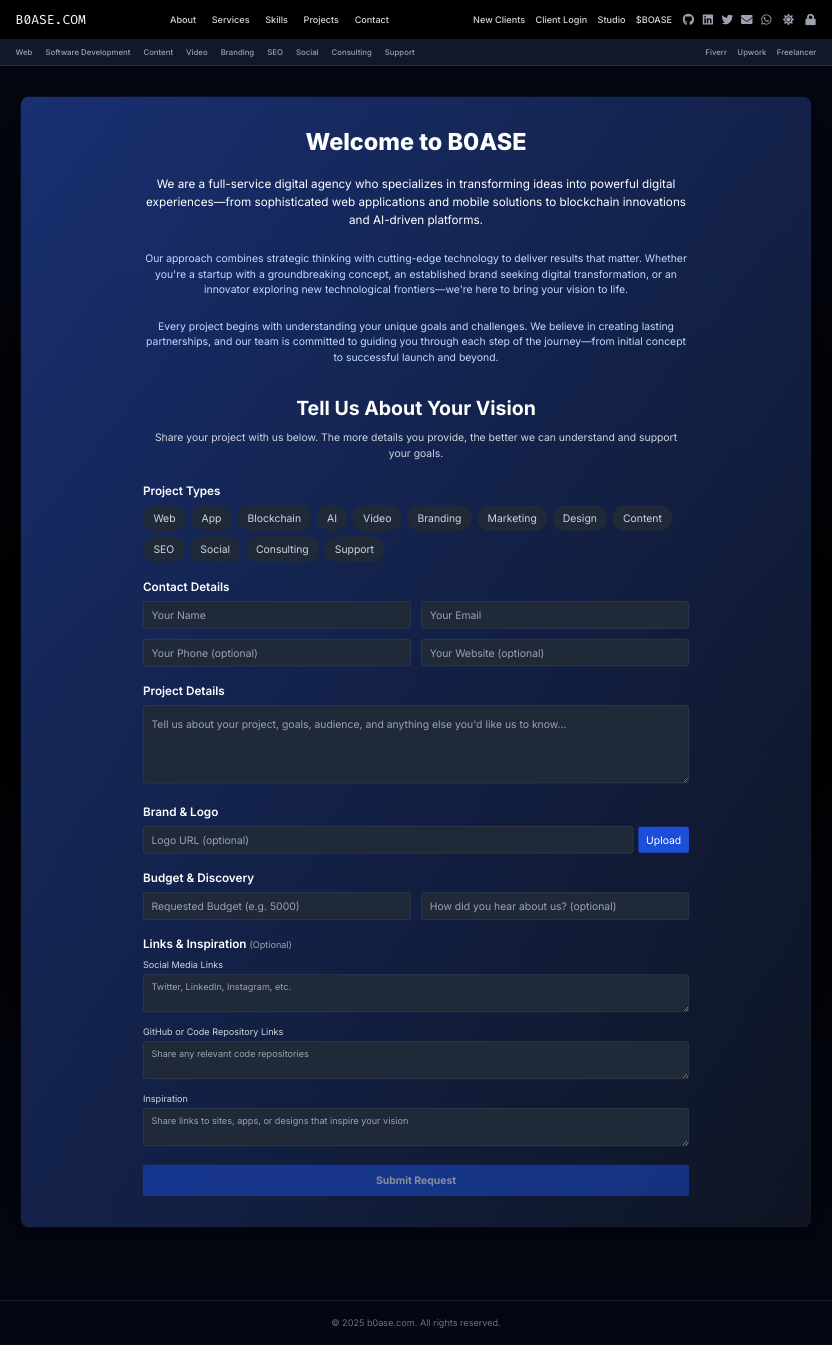
Repository: b0ase/rafskitchen
Page: /signup
An editor plug-in stored every save of this project. The page is shown before and after the next save, followed by the edit.
The browser window is 1280 px wide. The pictures show the whole page, at 65% of full size.
The page's requests for data from a server got no answer. The project was rebuilt for these pictures with package versions that can differ from the ones it lists, and the page was loaded fresh each time. The framework's server and built-in components were replaced by stand-ins that run in the browser. No one was signed in, and anything a server would have sent is missing. Also part of the build but not shown: next.config.js.

Above is the page before, as saved 2025-05-04 11:24:38.

After the next save:
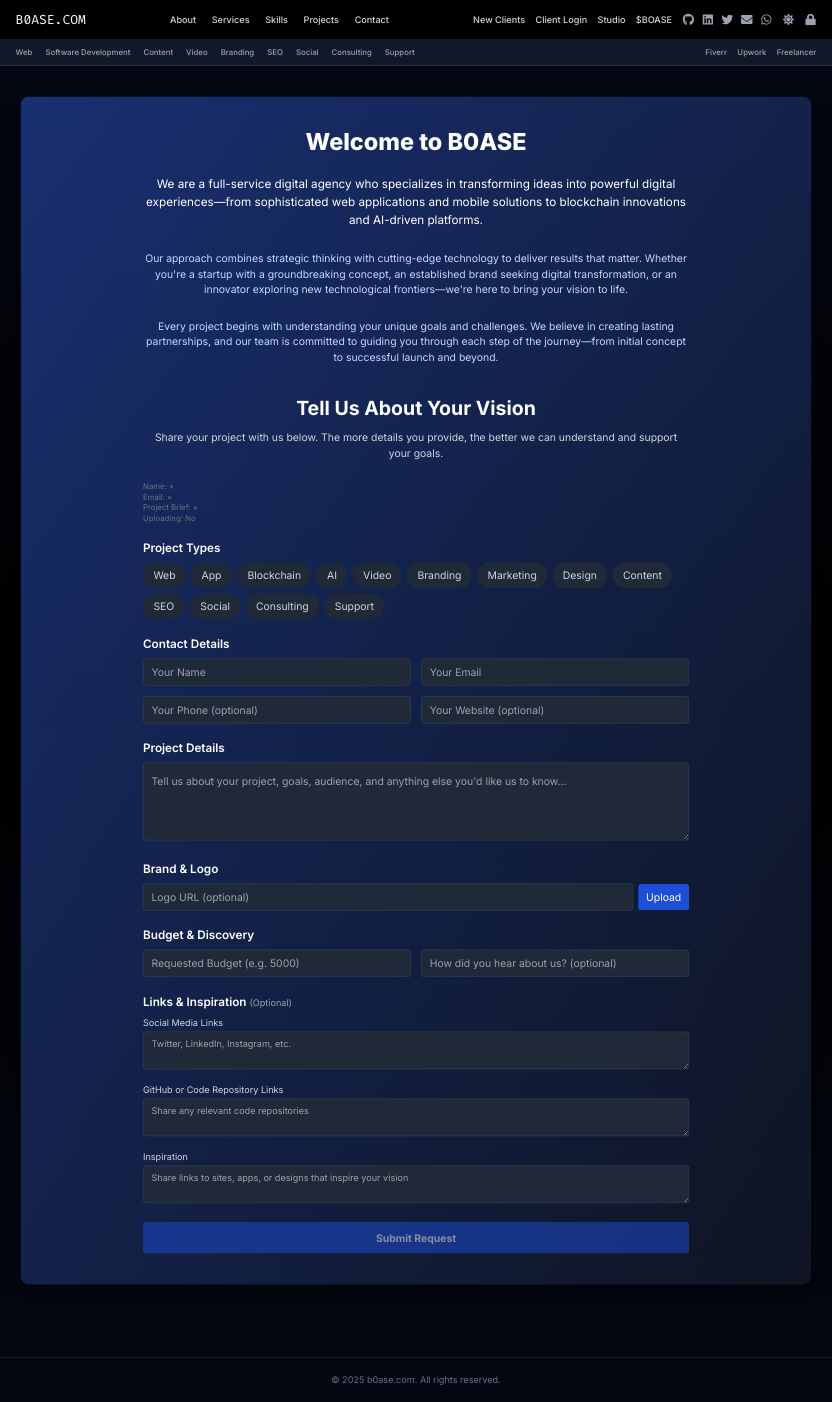
Saved 3 min 49 s later.
--- a/app/components/ClientSignupForm.tsx
+++ b/app/components/ClientSignupForm.tsx
@@ -93,6 +93,14 @@
   return (
     <div className="space-y-8">
       <form onSubmit={handleSubmit} className="space-y-6">
+        {/* Debug info */}
+        <div className="text-xs text-gray-500 mb-4">
+          <p>Name: {form.name ? '✓' : '×'}</p>
+          <p>Email: {form.email ? '✓' : '×'}</p>
+          <p>Project Brief: {form.project_brief ? '✓' : '×'}</p>
+          <p>Uploading: {uploading ? 'Yes' : 'No'}</p>
+        </div>
+
         <div>
           <h3 className="text-lg font-semibold mb-2">Project Types</h3>
           <div className="flex flex-wrap gap-2">
@@ -183,7 +191,17 @@
           </div>
         </div>
 
-        <button type="submit" className="w-full bg-blue-700 hover:bg-blue-600 text-white font-bold py-3 px-4 rounded disabled:opacity-50" disabled={uploading || !form.name || !form.email || !form.project_brief}>
+        <button
+          type="submit"
+          className="w-full bg-blue-700 hover:bg-blue-600 text-white font-bold py-3 px-4 rounded disabled:opacity-50"
+          disabled={uploading || !form.name || !form.email || !form.project_brief}
+          onClick={() => {
+            if (!form.name) console.log('Missing name');
+            if (!form.email) console.log('Missing email');
+            if (!form.project_brief) console.log('Missing project brief');
+            if (uploading) console.log('Still uploading');
+          }}
+        >
           {uploading ? "Uploading..." : "Submit Request"}
         </button>
         {error && <p className="text-red-400 text-sm mt-2">{error}</p>}

After the 3 saves that followed:
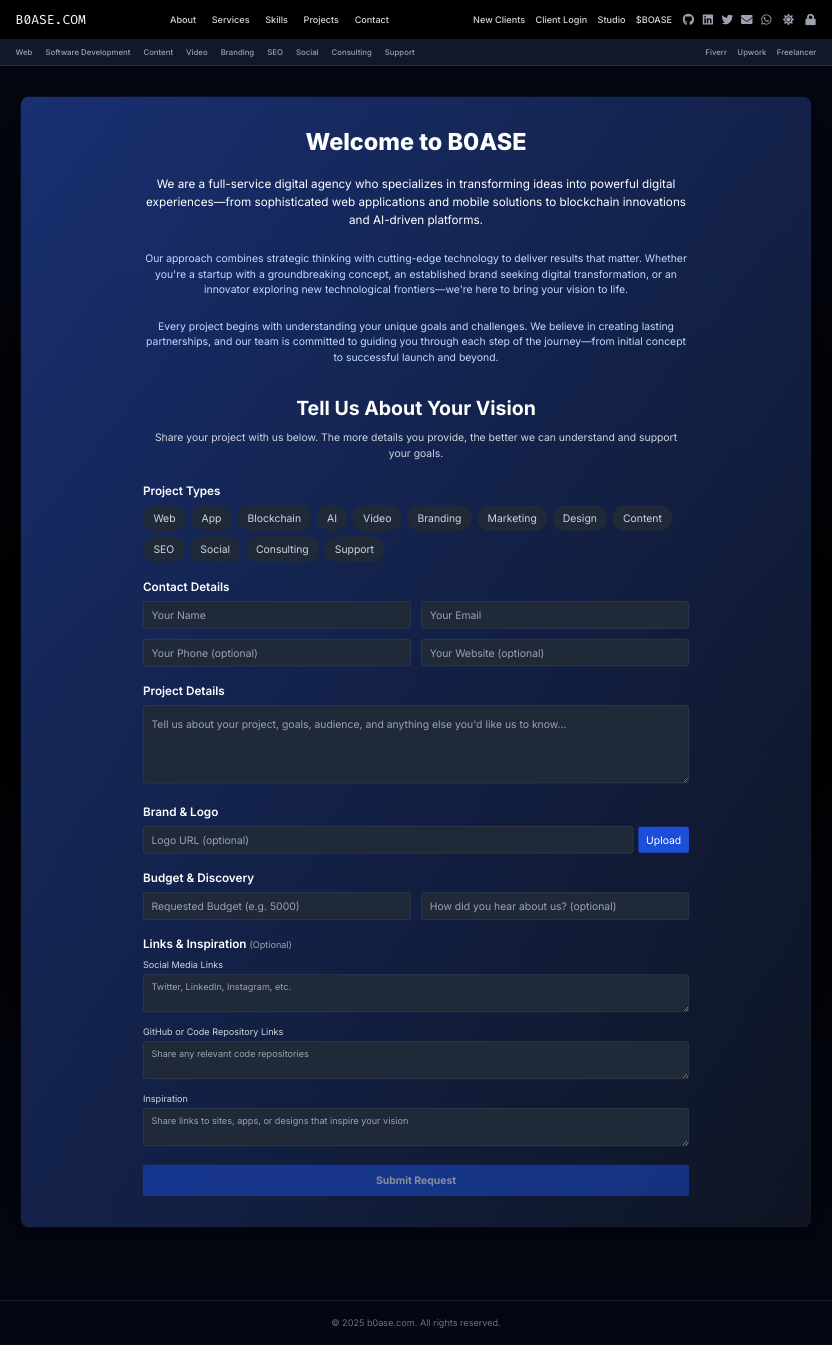
The 3 saves are shown as one change because 2 left the picture as it was.
The last was saved 6 min 8 s later.
--- a/app/components/ClientSignupForm.tsx
+++ b/app/components/ClientSignupForm.tsx
@@ -64,43 +64,51 @@
     e.preventDefault();
     setError("");
     setSuccess("");
-    const res = await fetch("/api/client-request", {
-      method: "POST",
-      headers: { "Content-Type": "application/json" },
-      body: JSON.stringify(form),
-    });
-    if (res.ok) {
-      setSuccess("Thank you! Your request has been submitted. We'll be in touch soon.");
-      setForm({
-        name: "",
-        email: "",
-        phone: "",
-        website: "",
-        logo_url: "",
-        project_brief: "",
-        requested_budget: "",
-        how_heard: "",
-        socials: "",
-        github_links: "",
-        inspiration_links: "",
-        project_types: [],
+    try {
+      // Clean up the form data before submission
+      const formData = {
+        ...form,
+        // Convert empty budget string to null, or convert to number if it has a value
+        requested_budget: form.requested_budget ? Number(form.requested_budget) : null
+      };
+
+      const res = await fetch("/api/client-request", {
+        method: "POST",
+        headers: { "Content-Type": "application/json" },
+        body: JSON.stringify(formData),
       });
-    } else {
-      setError("Submission failed. Please try again.");
+
+      const data = await res.json();
+
+      if (res.ok) {
+        setSuccess("Thank you! Your request has been submitted. We'll be in touch soon.");
+        setForm({
+          name: "",
+          email: "",
+          phone: "",
+          website: "",
+          logo_url: "",
+          project_brief: "",
+          requested_budget: "",
+          how_heard: "",
+          socials: "",
+          github_links: "",
+          inspiration_links: "",
+          project_types: [],
+        });
+      } else {
+        setError(`Submission failed: ${data.error || 'Unknown error occurred'}`);
+        console.error('Form submission error:', data);
+      }
+    } catch (err) {
+      setError(`Request failed: ${err instanceof Error ? err.message : 'Unknown error occurred'}`);
+      console.error('Form submission error:', err);
     }
   }
 
   return (
     <div className="space-y-8">
       <form onSubmit={handleSubmit} className="space-y-6">
-        {/* Debug info */}
-        <div className="text-xs text-gray-500 mb-4">
-          <p>Name: {form.name ? '✓' : '×'}</p>
-          <p>Email: {form.email ? '✓' : '×'}</p>
-          <p>Project Brief: {form.project_brief ? '✓' : '×'}</p>
-          <p>Uploading: {uploading ? 'Yes' : 'No'}</p>
-        </div>
-
         <div>
           <h3 className="text-lg font-semibold mb-2">Project Types</h3>
           <div className="flex flex-wrap gap-2">
